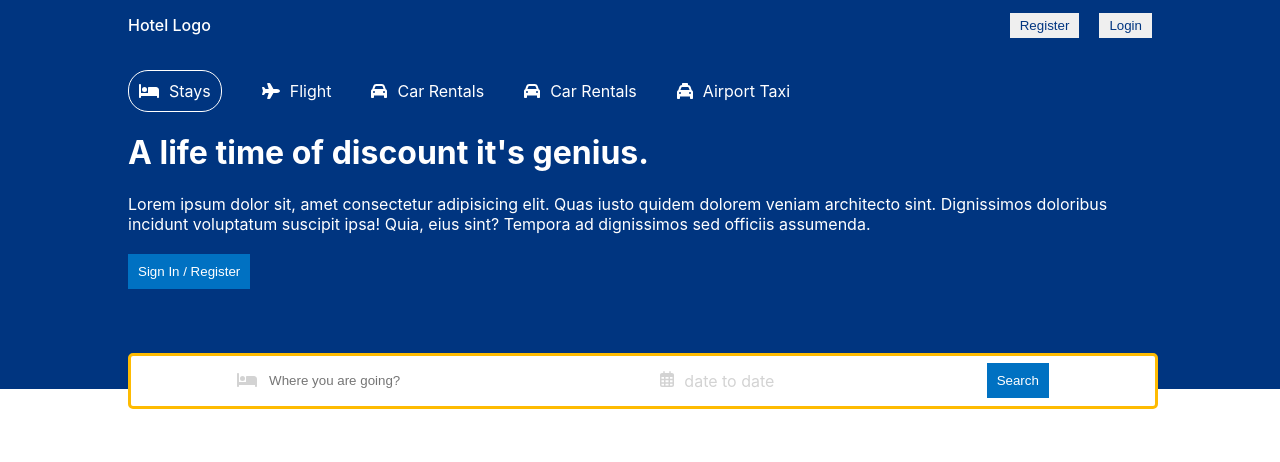
Repository: shikubro90/Booking-App
Page: /
An editor plug-in stored every save of this project. The page is shown before and after a run of saves, followed by the edit.
The browser window is 1280 px wide. The pictures show the whole page.
The project was rebuilt for these pictures with package versions that can differ from the ones it lists, and the page was loaded fresh each time. Also part of the build but not shown: src/App.css, src/pages/Hotels/Hotels.jsx. Imported but missing from the stored project, and not drawn on this page: src/pages/List/List.

Above is the page before, as saved 2022-06-29 01:02:08.

After the next 7 saves:
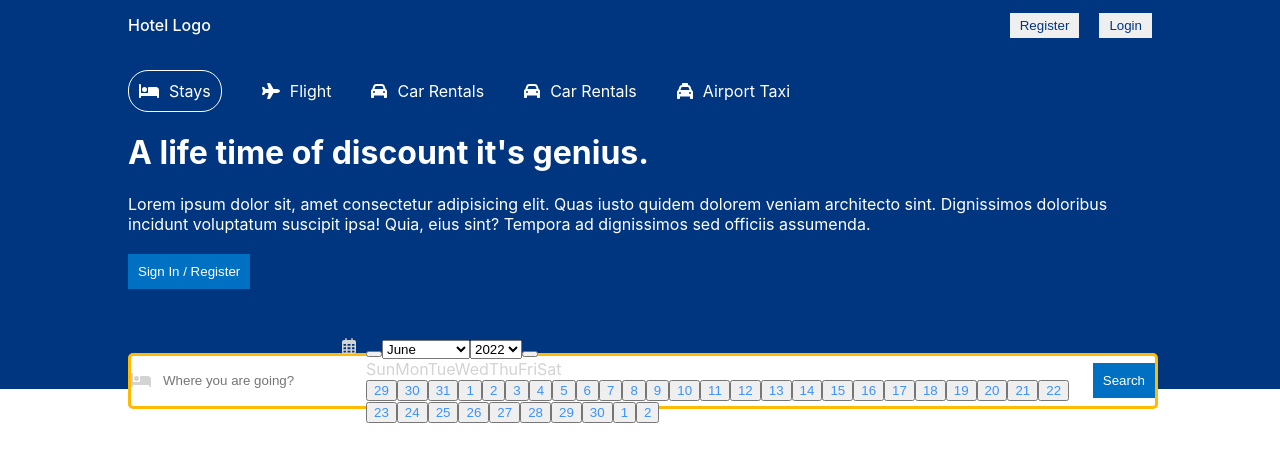
The 7 saves are shown as one change because they came seconds apart.
The last was saved 17 s later.
--- a/src/components/Header/Header.jsx
+++ b/src/components/Header/Header.jsx
@@ -58,7 +58,9 @@ const Header = () => {
                     {/* headerSearchItem */}
                     <div className="headerSearchItem">
                         <FontAwesomeIcon icon={faCalendarDays} className="headerIcon" />
-                        <span className='headerSearchText'>date to date</span>
+                        <span className='headerSearchText'><DateRange
+
+                        /></span>
                     </div>
                     {/* headerSearchItem */}
                     <div className="headerSearchItem">
